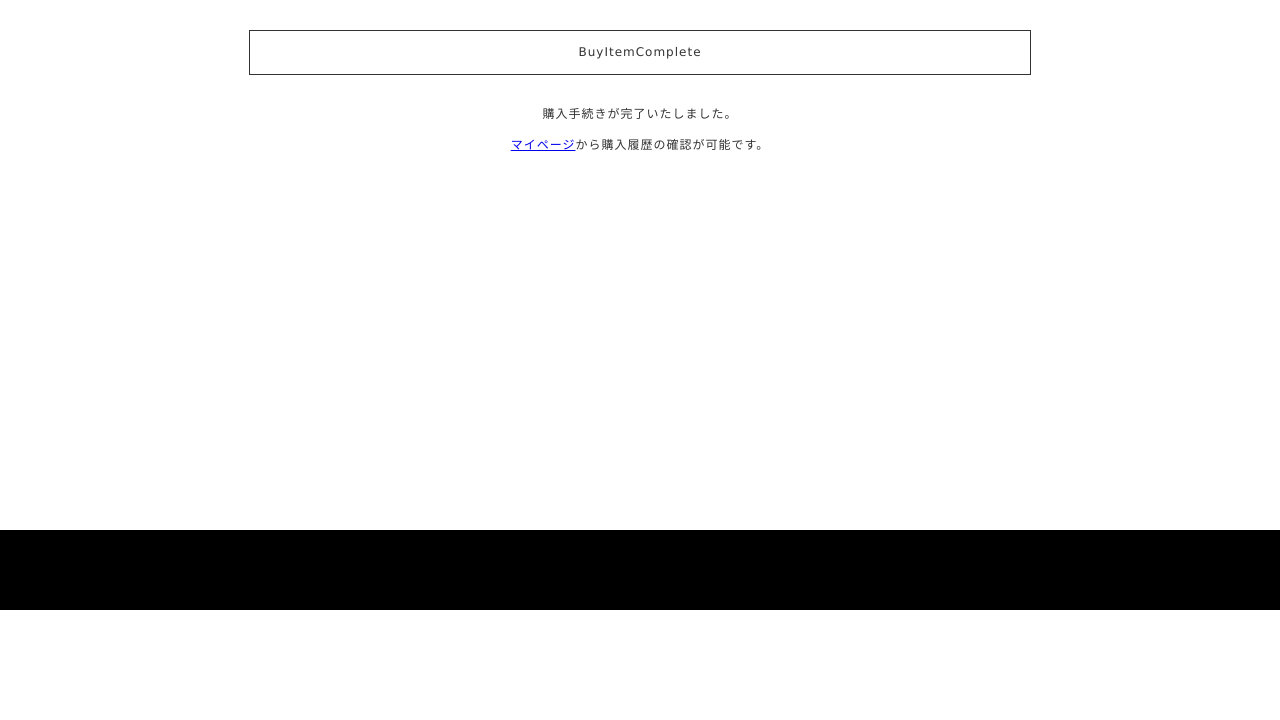
Repository: 3103senoomizho/test
Page: http://localhost/template/buyItemComplete.jsp
An editor plug-in stored every save of this project. The page is shown before and after the next save, followed by the edit.
The browser window is 1280 px wide. The pictures show the whole page.
The page is served by Tomcat 9.

Above is the page before, as saved 2018-03-20 02:49:14.

After the next save:
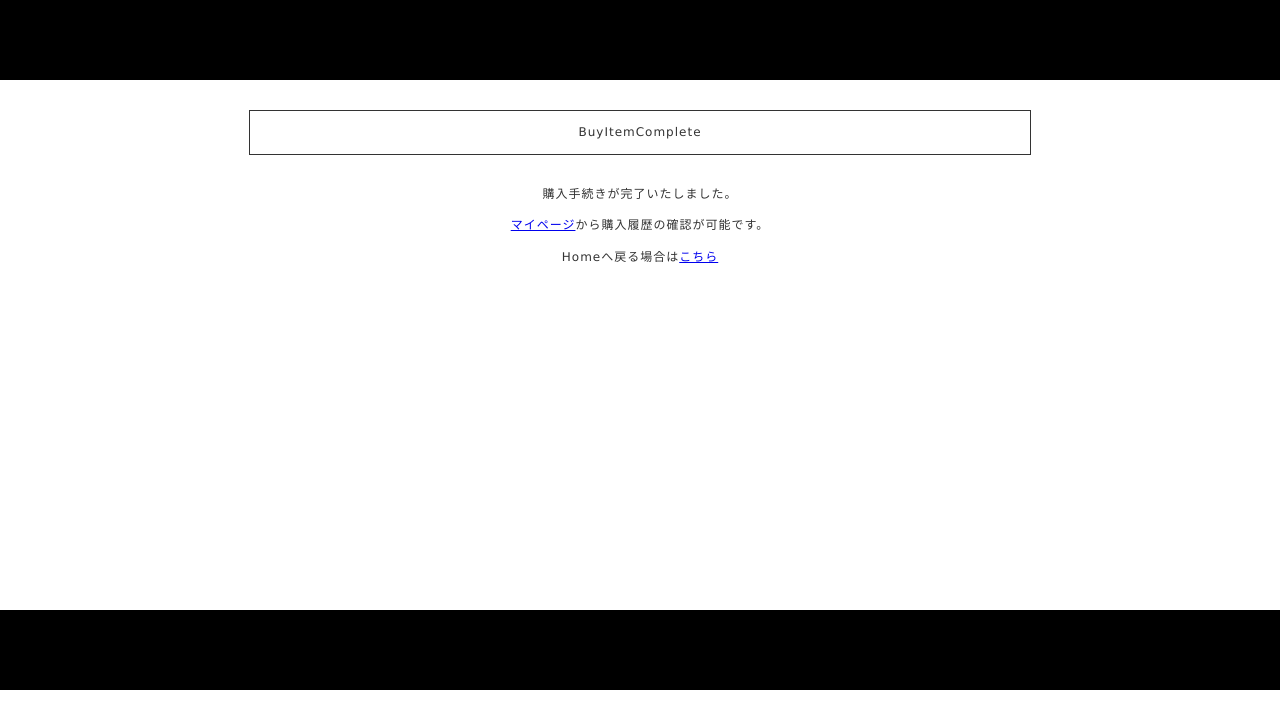
Saved 84 min 42 s later.
--- a/template/WebContent/buyItemComplete.jsp
+++ b/template/WebContent/buyItemComplete.jsp
@@ -4,6 +4,7 @@
 <!DOCTYPE html>
 <html>
 <head>
+<meta charset="utf-8">
 <meta http-equiv="Content-Type" content="text/html; charset=UTF-8">
 <meta http-equiv="Content-Style-Type" content = "text/css"/>
 <meta http-equiv="Content-Script-Type" content="text/javascript"/>
@@ -11,7 +12,7 @@
 <meta name="description" content=""/>
 <meta name="keywords" content=""/>
 
-<title>buyItemComplete画面</title>
+<title>BuyItemComplete画面</title>
 <style type="text/css">
 /*================TAG LAYOUT======================*/
 body{
@@ -36,7 +37,7 @@
   border:1px solid #333;
 }
 #header{
-  width:100%
+  width:100%;
   height:80px;
   background-color:black;
 }
@@ -67,6 +68,7 @@
                   <p>購入手続きが完了いたしました。</p>
                   <div>
                          <a href='<s:url action = "MyPageAction"/>'>マイページ</a><span>から購入履歴の確認が可能です。</span>
+                         <p>Homeへ戻る場合は<a href='<s:url action="GoHomeAction"/>'>こちら</a></p>
                   </div>
            </div>
   </div>
